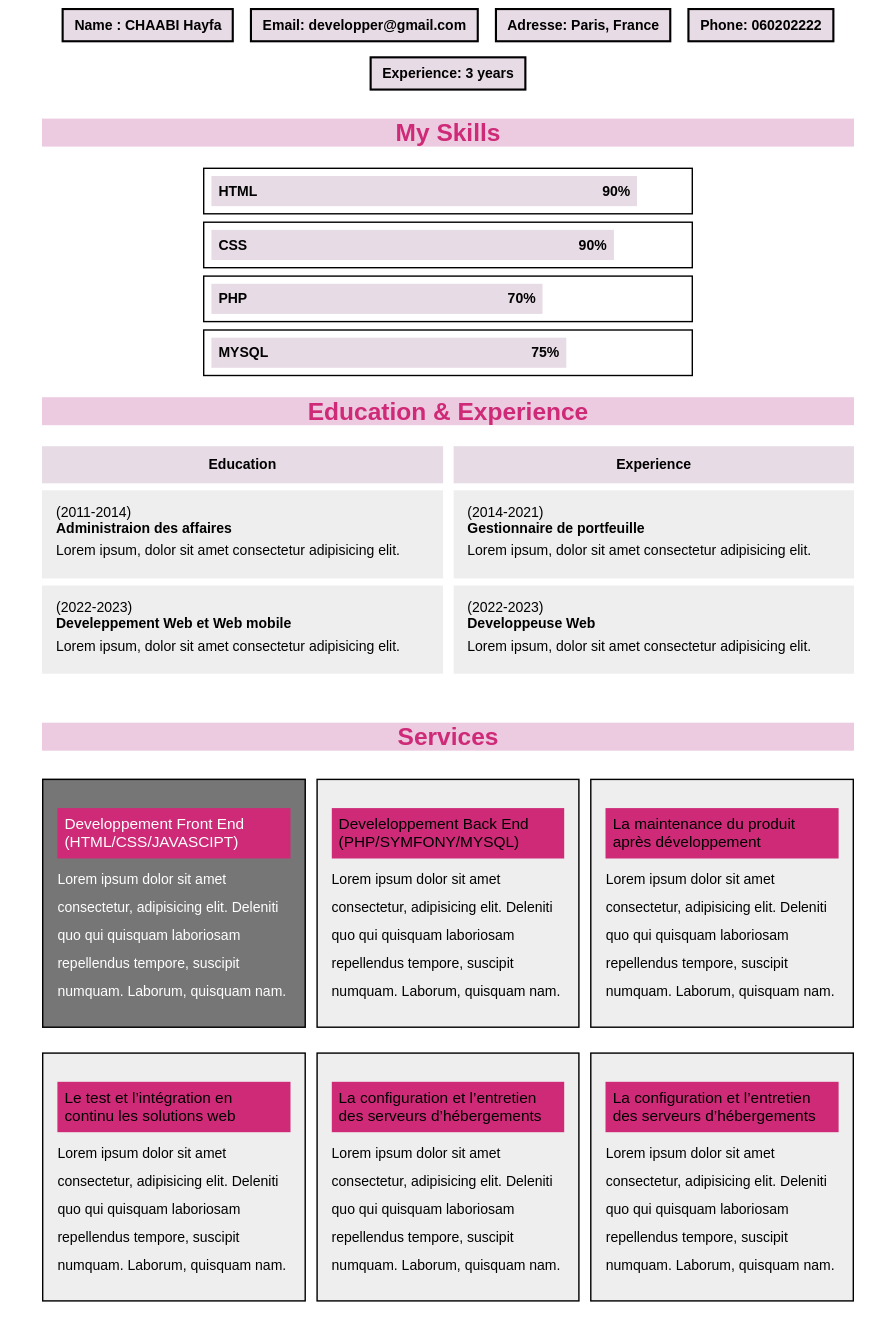
Repository: haifabilel/portfolio_project
Page: http://localhost/
An editor plug-in stored every save of this project. The page is shown before and after the next save, followed by the edit.
The browser window is 1280 px wide. The pictures show the part of the page from y = 758 to 2678 px (the page is 2678 px tall), at 70% of full size.
The pointer rests on the first visible `.services .box-container .box`.
Some web fonts or font styles are not loaded; a fallback is used. The page is run by PHP 8.4 with error messages shown; the project is at /var/www/html/.

Above is the page before, as saved 2023-09-17 14:37:58.

After the next save:
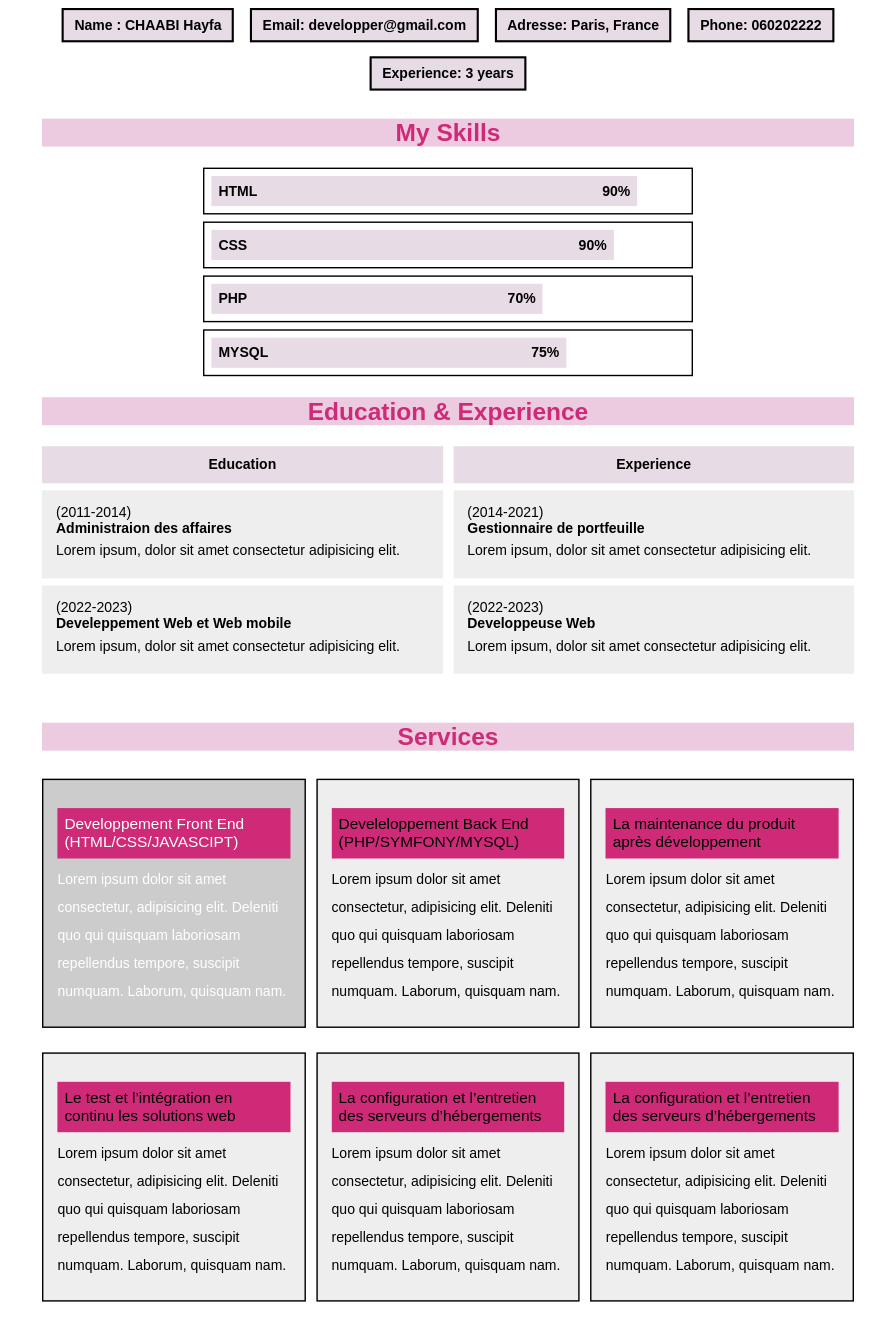
Saved 16 s later.
--- a/css/style.css
+++ b/css/style.css
@@ -279,7 +279,7 @@ padding:1rem;
  border: 2px solid black;
 }
 .services .box-container .box:hover{
-    background-color: #00000089;
+    background-color: #00000033;
     color: white;
 }
 
